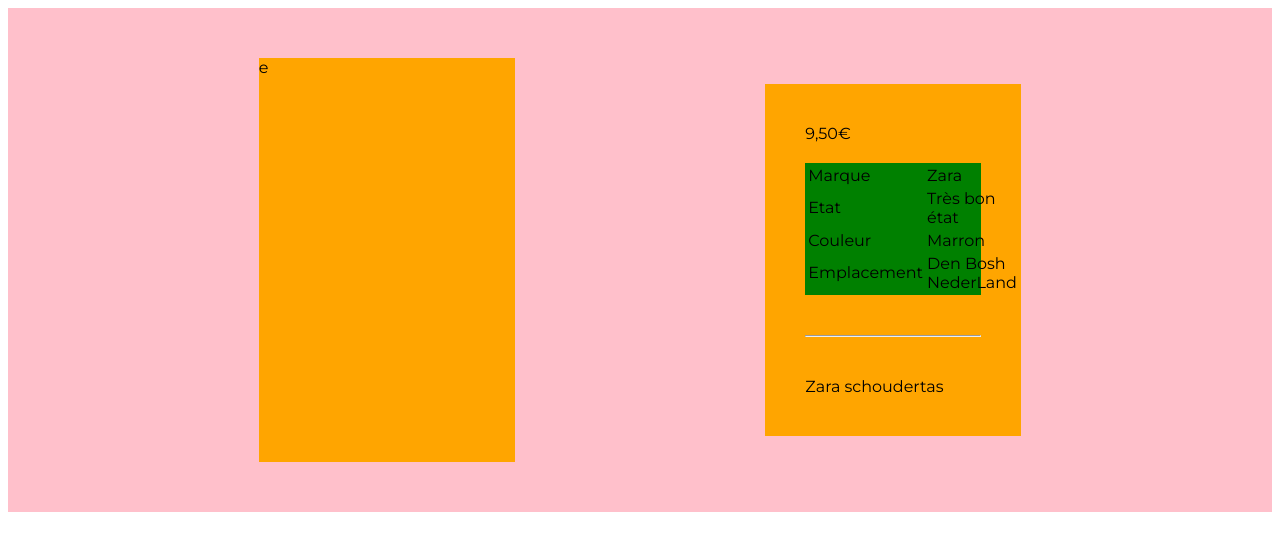
Repository: mel-in-a/vinted-front-clone
Page: html/offer.html
The author's editor kept a copy of each file at every save. The page is drawn from the files as they stood at one save, then again after a run of saves.
The browser window is 1280 px wide. The pictures show the whole page.

Above is the page before, as saved 2021-07-29 16:36:20.

### html/offer.html
<!DOCTYPE html>
<html lang="en">
<head>
    <meta charset="UTF-8">
    <meta http-equiv="X-UA-Compatible" content="IE=edge">
    <meta name="viewport" content="width=device-width, initial-scale=1.0">
    <link rel="preconnect" href="https://fonts.googleapis.com">
<link rel="preconnect" href="https://fonts.gstatic.com" crossorigin>
<link href="https://fonts.googleapis.com/css2?family=Montserrat:wght@100;200;300;400;500;600;700;800;900&display=swap" rel="stylesheet">
    <link rel="stylesheet" href="/offer.css">
    <title>Document</title>
</head>
<body>

        <div class="offer">
            <div class="left">e</div>
            <div class="right">
                <div class="price">9,50€</div>
                <div class="horizontal">
                   <table>
                       <tr>
                           <td>Marque</td>
                           <td>Zara</td>
                       </tr>
                       <tr>
                        <td>Etat</td>
                        <td>Très bon état</td>
                    </tr>
                    <tr>
                        <td>Couleur</td>
                        <td>Marron</td>
                    </tr>
                    <tr>
                        <td>Emplacement</td>
                        <td>Den Bosh NederLand</td>
                    </tr>
                   </table>
                </div>
                <hr>
                <div class="editor">Zara schoudertas </div>

            </div>

    </div>
</body>
</html>

### html/offer.css
* {
  font-family: "Montserrat", sans-serif;
}
.offer {
  width: 100%;
  display: flex;
  background-color: pink;
  height: 70vh;
  justify-content: space-evenly;
  align-items: center;
}

.offer .left,
.offer .right {
  width: 20vw;
  background-color: orange;

}
.offer .left {
    height: 80%;
}
.right {
    height: 70%;
  padding: 40px;
  box-sizing: border-box;
}

.horizontal {
  margin-top: 20px;
  background-color: green;
}

.horizontal table {
  width: 100%;
}

hr {
  margin: 40px 0;
}

After the next 2 saves:
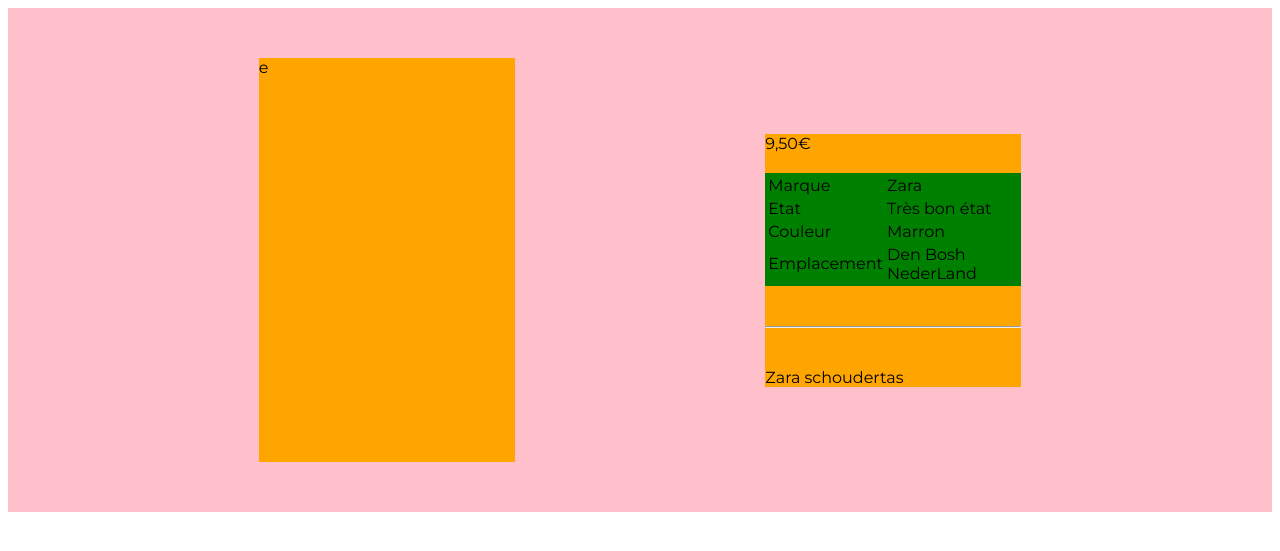
The 2 saves are shown as one change because they came seconds apart.
The last was saved 25 s later.
--- a/html/offer.css
+++ b/html/offer.css
@@ -19,7 +19,7 @@
 .offer .left {
     height: 80%;
 }
-.right {
+.offer right {
     height: 70%;
   padding: 40px;
   box-sizing: border-box;

After the save that followed:
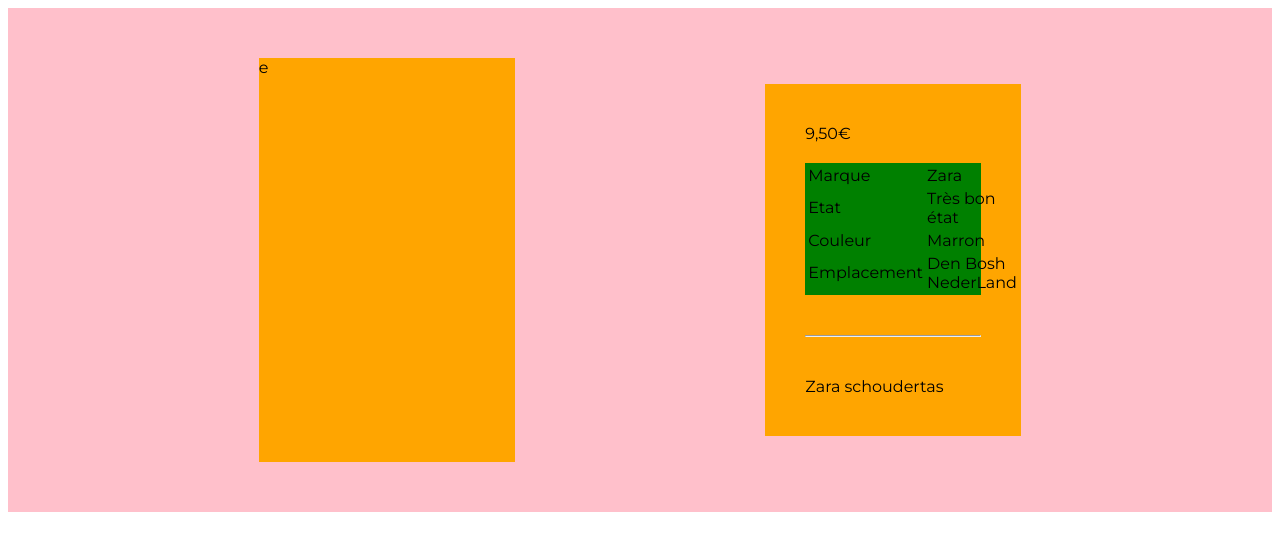
Saved 7 s later.
--- a/html/offer.css
+++ b/html/offer.css
@@ -19,7 +19,7 @@
 .offer .left {
     height: 80%;
 }
-.offer right {
+.offer .right {
     height: 70%;
   padding: 40px;
   box-sizing: border-box;
